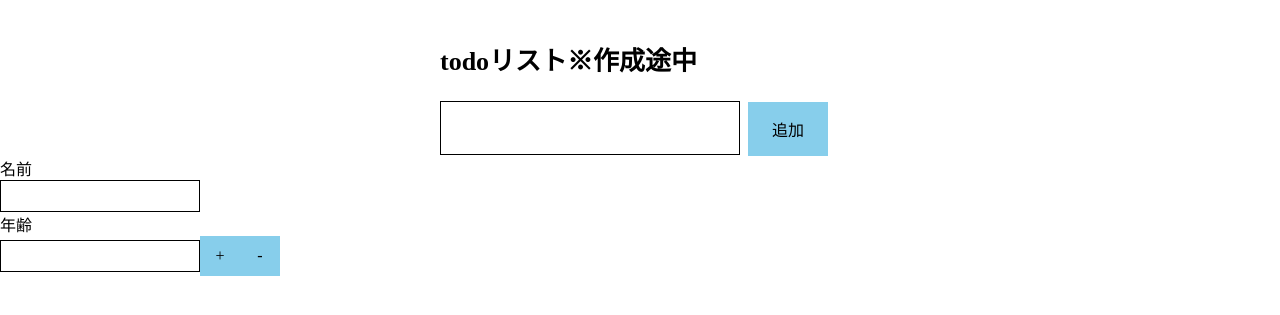
Repository: FujieRyou/react_practice
Page: /
The author's editor kept a copy of each file at every save. The page is drawn from the files as they stood at one save, then again after the next save.
The browser window is 1280 px wide. The pictures show the whole page.
The project was rebuilt for these pictures with package versions that can differ from the ones it lists, and the page was loaded fresh each time. Also part of the build but not shown: vite.config.js, src/components/testComponent.jsx, src/components/countUp.jsx, src/components/switchFlag.jsx, src/components/props1.jsx, src/components/profile.jsx, src/components/ivent.jsx.

Above is the page before, as saved 2023-01-19 04:15:53.

### src/App.jsx
import { useEffect } from "react"
import { useRef } from "react"
import { useState } from "react"
import TestComponent from "./components/testComponent"
import styles from "./scss/style.scss"
import Todolist from "./components/todoComponent"
import CountUp from "./components/countUp"
import SwitchFlag from "./components/switchFlag"
import PropsPractice from "./components/props1"
import Profile from "./components/profile"
import ChangeIvent from "./components/ivent"
import InputInterlocking from "./components/inputInterlocking"


const App = () =>{
  const profileInfo = [
    {name:"Takasi",age:20,from:"大阪"},
    {name:"Hirosi",age:19,from:"東京"},
    {name:"Musasi",age:21,from:"名古屋"},
]


  return(
    <div>
      {/* todolist作成中 */}
      <Todolist />

      {/* 押すたびにcountがupする(useState練習) */}
      {/* < CountUp /> */}

      {/* 押すたびにON,OFFがきりかわる(useState練習) */}
      {/* <SwitchFlag /> */}

    {/* props練習 */}
    {/* <PropsPractice color="red"/>
    <PropsPractice num={123}/> */}

    {/* <Profile
      name={profileInfo[0].name}
      age={profileInfo[0].age}
      from={profileInfo[0].from}
    />

    <Profile
      {...profileInfo[1]}
    />

    <Profile/>

    <ChangeIvent /> */}

    <InputInterlocking />

    </div>






  )
}


export default App

### src/scss/style.scss
@forward "_ress";

input{
    border: solid 1px black;
    width: 200px;
    height: 32px;
}

.btn{
    width: 56px;
    height: 32px;
    background-color: aquamarine;
}

.list{
    width: 200px;
    height: 100px;
    background-color: tomato;
    border: solid 1px skyblue;
    padding: 10px 12px;
    list-style-type: none;
}

.component{
    width: 200px;
    height: 150px;
    border: solid 5px green;
    color: green;
}
.component.red{
    width: 200px;
    height: 150px;
    border: solid 5px red;
    color: red;
}

.mouseInOut{
    width: 200px;
    height: 200px;
    background-color: aquamarine;
    margin-top: 20px;
}

.todoWrap{
    width: 400px;
    height: auto;
    margin: 0 auto;
    padding-top: 40px;
    h2{
        font-size: 26px;
    }
}

.addBtn{
    width: 80px;
    height: 54px;
    background-color: skyblue;
    margin-left: 8px;
}

.txtArea{
    width: 300px;
    height: 54px;
    margin-top: 24px;
    font-size: 24px;
}

.additionBtn{
    width: 40px;
    height: 40px;
    background-color: skyblue;
}

### src/components/todoComponent.jsx
import style from "../scss/style.scss"
import { useState } from "react";

const Todolist = () =>{
    const [val, setVal] = useState();

    return(
        <div className="todoWrap">
            <h2>todoリスト※作成途中</h2>
            <input type="text" id="txtArea" className="txtArea" />
            <button type="button" id="addBtn" className="addBtn">追加</button>
            <div id="listWrap">
            </div>
        </div>
    )
}

export default Todolist;

### src/components/inputInterlocking.jsx
import { useState } from "react";
import style from "../scss/style.scss"

const InputInterlocking = () =>{
    let [nameVal,setNameVal] = useState()
    return(
        <div>
            <p>名前{nameVal}</p>
            <input type="text" onChange={(e)=>{
                setNameVal(e.target.value)
            }}/>

            <p>年齢{}</p>
            <input type="text" />
            <button type="button" className="additionBtn">+</button>
            <button type="button" className="additionBtn">-</button>
        </div>
    )
}

export default InputInterlocking

### src/scss/_ress.scss
/*!
 * ress.css • v4.0.0
 * MIT License
 * github.com/filipelinhares/ress
 */

/* # =================================================================
   # Global selectors
   # ================================================================= */

   html {
    box-sizing: border-box;
    -webkit-text-size-adjust: 100%; /* Prevent adjustments of font size after orientation changes in iOS */
    word-break: normal;
    -moz-tab-size: 4;
    tab-size: 4;
  }

  *,
  ::before,
  ::after {
    background-repeat: no-repeat; /* Set `background-repeat: no-repeat` to all elements and pseudo elements */
    box-sizing: inherit;
  }

  ::before,
  ::after {
    text-decoration: inherit; /* Inherit text-decoration and vertical align to ::before and ::after pseudo elements */
    vertical-align: inherit;
  }

  * {
    padding: 0; /* Reset `padding` and `margin` of all elements */
    margin: 0;
  }

  /* # =================================================================
     # General elements
     # ================================================================= */

  hr {
    overflow: visible; /* Show the overflow in Edge and IE */
    height: 0; /* Add the correct box sizing in Firefox */
    color: inherit; /* Correct border color in Firefox. */
  }

  details,
  main {
    display: block; /* Render the `main` element consistently in IE. */
  }

  summary {
    display: list-item; /* Add the correct display in all browsers */
  }

  small {
    font-size: 80%; /* Set font-size to 80% in `small` elements */
  }

  [hidden] {
    display: none; /* Add the correct display in IE */
  }

  abbr[title] {
    border-bottom: none; /* Remove the bottom border in Chrome 57 */
    /* Add the correct text decoration in Chrome, Edge, IE, Opera, and Safari */
    text-decoration: underline;
    text-decoration: underline dotted;
  }

  a {
    background-color: transparent; /* Remove the gray background on active links in IE 10 */
  }

  a:active,
  a:hover {
    outline-width: 0; /* Remove the outline when hovering in all browsers */
  }

  code,
  kbd,
  pre,
  samp {
    font-family: monospace, monospace; /* Specify the font family of code elements */
  }

  pre {
    font-size: 1em; /* Correct the odd `em` font sizing in all browsers */
  }

  b,
  strong {
    font-weight: bolder; /* Add the correct font weight in Chrome, Edge, and Safari */
  }

  /* https://gist.github.com/unruthless/413930 */
  sub,
  sup {
    font-size: 75%;
    line-height: 0;
    position: relative;
    vertical-align: baseline;
  }

  sub {
    bottom: -0.25em;
  }

  sup {
    top: -0.5em;
  }

  table {
    border-color: inherit; /* Correct border color in all Chrome, Edge, and Safari. */
    text-indent: 0; /* Remove text indentation in Chrome, Edge, and Safari */
  }

  /* # =================================================================
     # Forms
     # ================================================================= */

  input {
    border-radius: 0;
  }

  /* Replace pointer cursor in disabled elements */
  [disabled] {
    cursor: default;
  }

  [type='number']::-webkit-inner-spin-button,
  [type='number']::-webkit-outer-spin-button {
    height: auto; /* Correct the cursor style of increment and decrement buttons in Chrome */
  }

  [type='search'] {
    -webkit-appearance: textfield; /* Correct the odd appearance in Chrome and Safari */
    outline-offset: -2px; /* Correct the outline style in Safari */
  }

  [type='search']::-webkit-search-decoration {
    -webkit-appearance: none; /* Remove the inner padding in Chrome and Safari on macOS */
  }

  textarea {
    overflow: auto; /* Internet Explorer 11+ */
    resize: vertical; /* Specify textarea resizability */
  }

  button,
  input,
  optgroup,
  select,
  textarea {
    font: inherit; /* Specify font inheritance of form elements */
  }

  optgroup {
    font-weight: bold; /* Restore the font weight unset by the previous rule */
  }

  button {
    overflow: visible; /* Address `overflow` set to `hidden` in IE 8/9/10/11 */
  }

  button,
  select {
    text-transform: none; /* Firefox 40+, Internet Explorer 11- */
  }

  /* Apply cursor pointer to button elements */
  button,
  [type='button'],
  [type='reset'],
  [type='submit'],
  [role='button'] {
    cursor: pointer;
    color: inherit;
  }

  /* Remove inner padding and border in Firefox 4+ */
  button::-moz-focus-inner,
  [type='button']::-moz-focus-inner,
  [type='reset']::-moz-focus-inner,
  [type='submit']::-moz-focus-inner {
    border-style: none;
    padding: 0;
  }

  /* Replace focus style removed in the border reset above */
  button:-moz-focusring,
  [type='button']::-moz-focus-inner,
  [type='reset']::-moz-focus-inner,
  [type='submit']::-moz-focus-inner {
    outline: 1px dotted ButtonText;
  }

  button,
  html [type='button'], /* Prevent a WebKit bug where (2) destroys native `audio` and `video`controls in Android 4 */
  [type='reset'],
  [type='submit'] {
    -webkit-appearance: button; /* Correct the inability to style clickable types in iOS */
  }

  /* Remove the default button styling in all browsers */
  button,
  input,
  select,
  textarea {
    background-color: transparent;
    border-style: none;
  }

  a:focus,
  button:focus,
  input:focus,
  select:focus,
  textarea:focus {
    outline-width: 0;
  }

  /* Style select like a standard input */
  select {
    -moz-appearance: none; /* Firefox 36+ */
    -webkit-appearance: none; /* Chrome 41+ */
  }

  select::-ms-expand {
    display: none; /* Internet Explorer 11+ */
  }

  select::-ms-value {
    color: currentColor; /* Internet Explorer 11+ */
  }

  legend {
    border: 0; /* Correct `color` not being inherited in IE 8/9/10/11 */
    color: inherit; /* Correct the color inheritance from `fieldset` elements in IE */
    display: table; /* Correct the text wrapping in Edge and IE */
    max-width: 100%; /* Correct the text wrapping in Edge and IE */
    white-space: normal; /* Correct the text wrapping in Edge and IE */
    max-width: 100%; /* Correct the text wrapping in Edge 18- and IE */
  }

  ::-webkit-file-upload-button {
    /* Correct the inability to style clickable types in iOS and Safari */
    -webkit-appearance: button;
    color: inherit;
    font: inherit; /* Change font properties to `inherit` in Chrome and Safari */
  }

  /* # =================================================================
     # Specify media element style
     # ================================================================= */

  img {
    border-style: none; /* Remove border when inside `a` element in IE 8/9/10 */
  }

  /* Add the correct vertical alignment in Chrome, Firefox, and Opera */
  progress {
    vertical-align: baseline;
  }

  /* # =================================================================
     # Accessibility
     # ================================================================= */

  /* Specify the progress cursor of updating elements */
  [aria-busy='true'] {
    cursor: progress;
  }

  /* Specify the pointer cursor of trigger elements */
  [aria-controls] {
    cursor: pointer;
  }

  /* Specify the unstyled cursor of disabled, not-editable, or otherwise inoperable elements */
  [aria-disabled='true'] {
    cursor: default;
  }

Loaded but not shown: index.html (common file); src/main.jsx (common file)

After the next save:
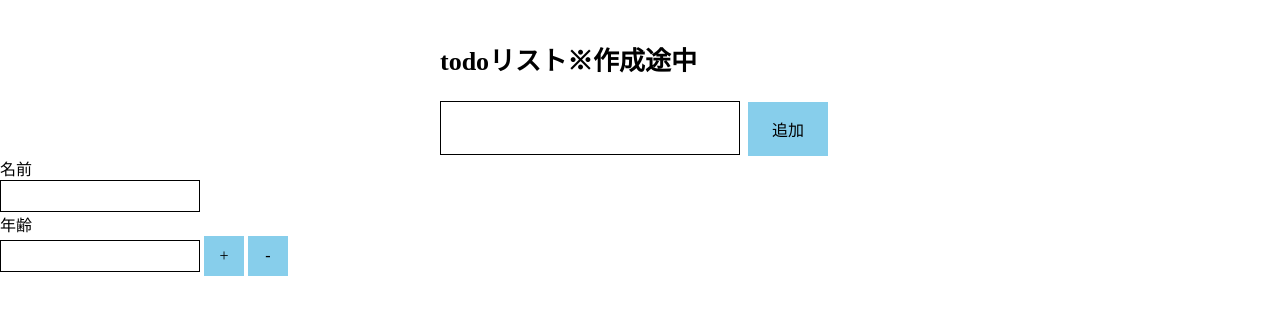
Saved 14 s later.
--- a/src/scss/style.scss
+++ b/src/scss/style.scss
@@ -69,4 +69,5 @@ input{
     width: 40px;
     height: 40px;
     background-color: skyblue;
+    margin-left: 4px;
 }
